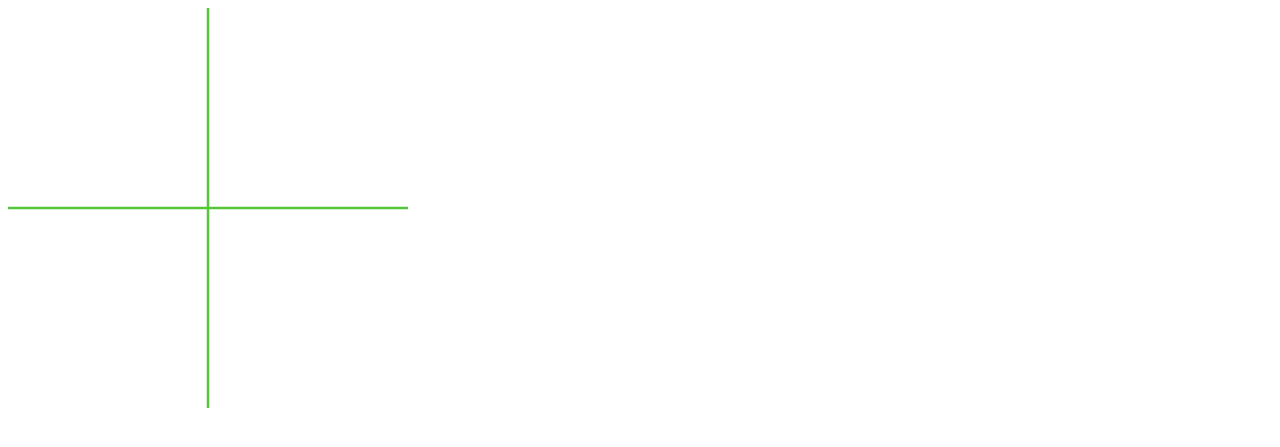
Repository: pedro-mancano/ProjetoCDM204
Page: scripts/radar.html
An editor plug-in stored every save of this project. The page is shown before and after the next save, followed by the edit.
The browser window is 1280 px wide. The pictures show the whole page.

Above is the page before, as saved 2024-11-27 08:26:21.

### scripts/radar.html
<html>

<head>
  <title>Radars</title>
  <link rel="stylesheet" type="text/css" href="./radar.css">
</head>

<body>
  <div class="radar">
    <canvas id="radarCanvas" width="400" height="400"></canvas>
  </div>
  <script src="./radar.js"></script>

</html>

### scripts/radar.js
const canvas = document.getElementById('radarCanvas');
const ctx = canvas.getContext('2d');
let lastDraw = performance.now();

function draw(elapsed) {
  ctx.clearRect(0, 0, canvas.width, canvas.height);

  const height = canvas.height;
  const width = canvas.width;


  // Draw the radar circle
  ctx.fillStyle = '#294c22';
  ctx.beginPath();
  ctx.arc(canvas.width / 2, canvas.height / 2, 200, 0, 2 * Math.PI);
  ctx.fill();

  //
  ctx.globalCompositeOperation = 'destination-out';
  ctx.strokeStyle = '#3a682e';
  ctx.lineWidth = 1;
  for (let i = 0; i < width; i += width / 10) {
    for (let j = 0; j < height; j += height / 10) {
      ctx.beginPath();
      ctx.moveTo(i, 0);
      ctx.lineTo(i, height);
      ctx.stroke();
      ctx.beginPath();
      ctx.moveTo(0, j);
      ctx.lineTo(width, j);
      ctx.stroke();
    }
  }
  ctx.globalCompositeOperation = 'source-over';

  // Clearing outside of the circle
  ctx.fillStyle = 'white';
  ctx.beginPath();
  ctx.arc(canvas.width / 2, canvas.height / 2, 200, 0, 2 * Math.PI);
  ctx.rect(0, 0, canvas.width, canvas.height);
  ctx.fill();


  // Draw grid lines (4 lines, 90 degrees apart)
  ctx.strokeStyle = '#54c638';
  ctx.lineWidth = 2.5;
  for (let i = 0; i < 360; i += 90) {
    ctx.beginPath();
    ctx.moveTo(canvas.width / 2, canvas.height / 2);
    ctx.lineTo(canvas.width / 2 + 200 * Math.cos(i * Math.PI / 180), canvas.height / 2 + 200 * Math.sin(i * Math.PI / 180));
    ctx.stroke();
  }
}

function drawLoop() {
  draw(performance.now() - lastDraw);
  lastDraw = performance.now();
  requestAnimationFrame(drawLoop);
}

requestAnimationFrame(drawLoop);

Loaded but not shown: scripts/radar.css (no stored copy; drawn as an empty file)

After the next save:
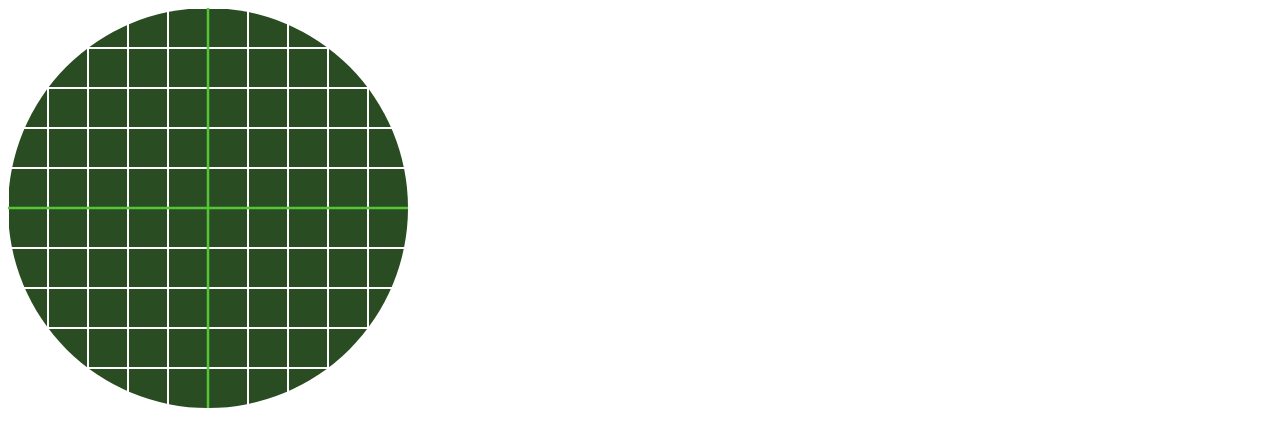
Saved 7 s later.
--- a/scripts/radar.js
+++ b/scripts/radar.js
@@ -33,14 +33,6 @@ function draw(elapsed) {
   }
   ctx.globalCompositeOperation = 'source-over';
 
-  // Clearing outside of the circle
-  ctx.fillStyle = 'white';
-  ctx.beginPath();
-  ctx.arc(canvas.width / 2, canvas.height / 2, 200, 0, 2 * Math.PI);
-  ctx.rect(0, 0, canvas.width, canvas.height);
-  ctx.fill();
-
-
   // Draw grid lines (4 lines, 90 degrees apart)
   ctx.strokeStyle = '#54c638';
   ctx.lineWidth = 2.5;

After the save that followed:
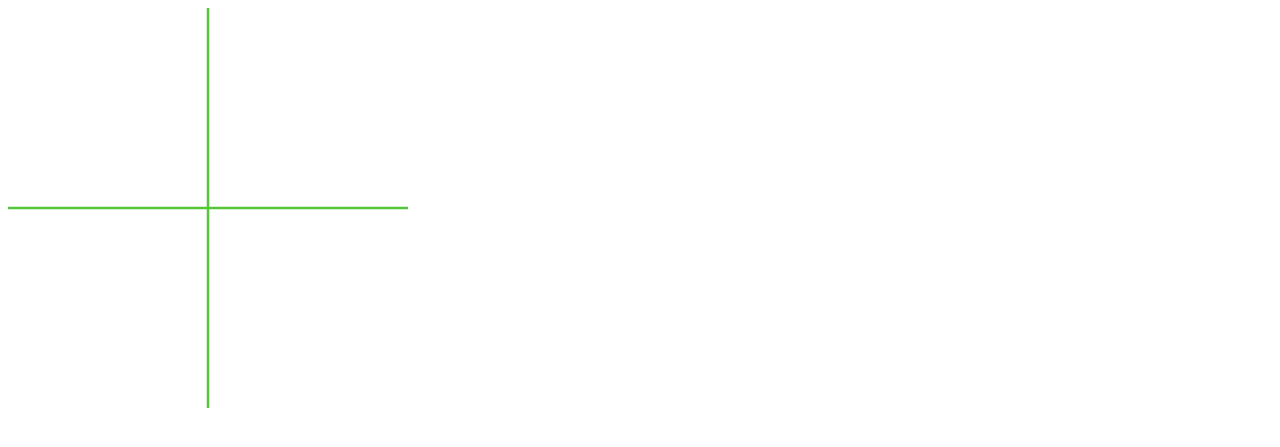
Saved 23 s later.
--- a/scripts/radar.js
+++ b/scripts/radar.js
@@ -16,7 +16,7 @@ function draw(elapsed) {
   ctx.fill();
 
   //
-  ctx.globalCompositeOperation = 'destination-out';
+  ctx.globalCompositeOperation = 'source-in';
   ctx.strokeStyle = '#3a682e';
   ctx.lineWidth = 1;
   for (let i = 0; i < width; i += width / 10) {
